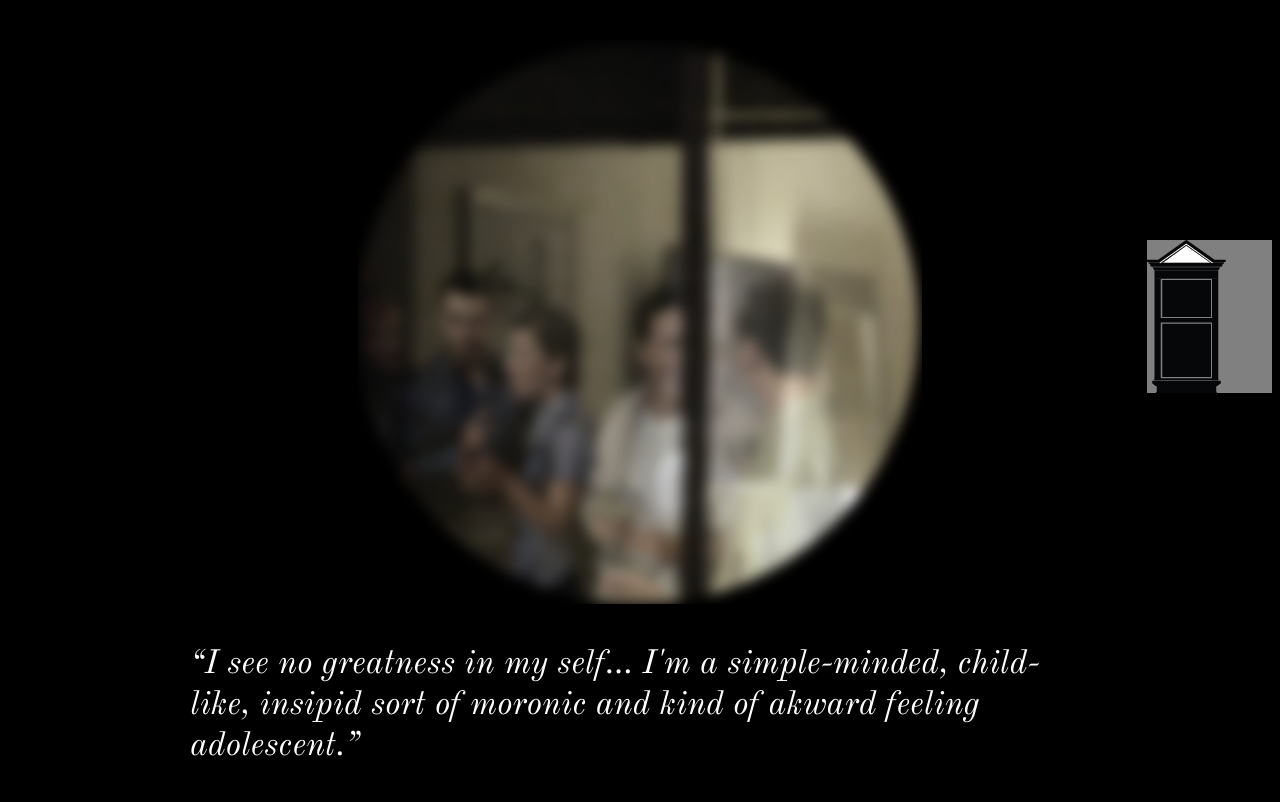
Repository: ConnyPinto/connypinto.github.io
Page: studio/space/final-space/room7.html
The author's editor kept a record of every edit. The page is drawn from the files as they stood at one moment, then again after the next edit.
The browser window is 1280 px wide. The pictures show the whole page.
Some web libraries are served in a nearby version.

Above is the page before.

After the next edit:
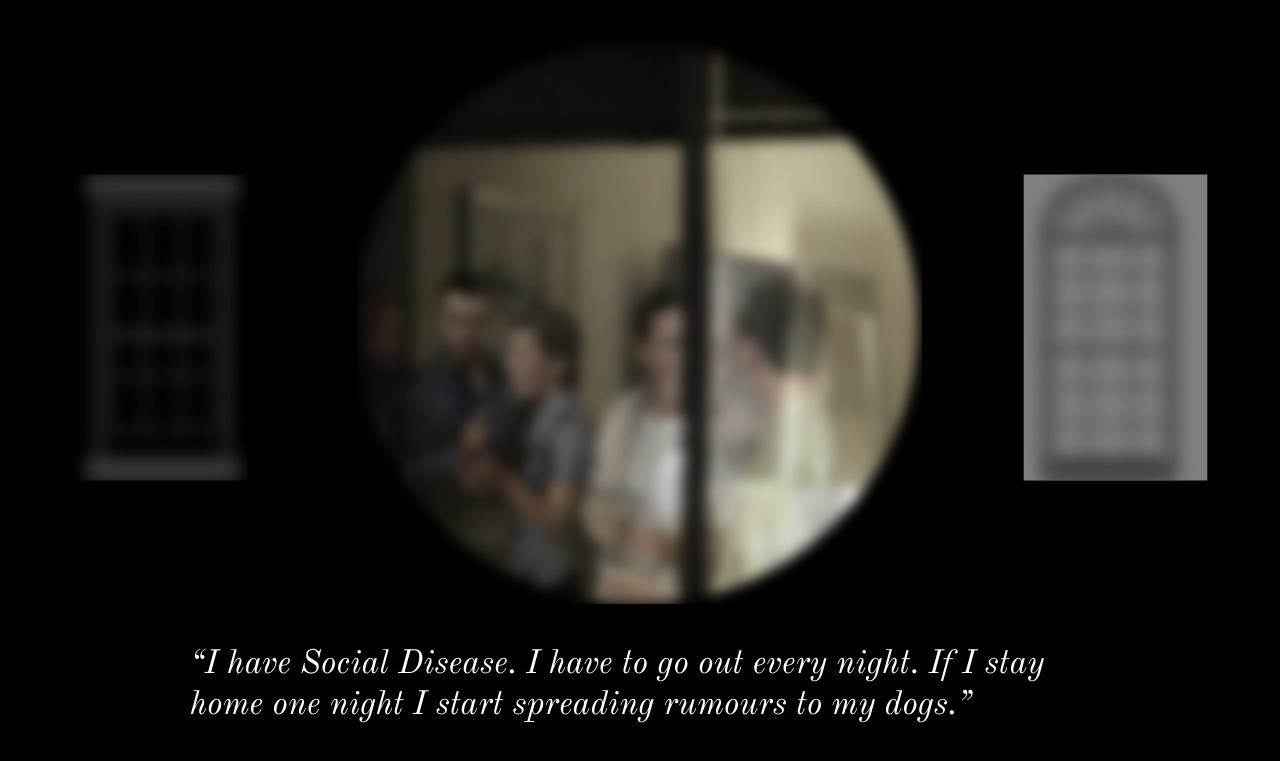
The edit:
--- a/studio/space/final-space/room7.html
+++ b/studio/space/final-space/room7.html
@@ -10,7 +10,28 @@
 
 <body>
 
-        <a href="room2.html" class="right-window" style="background-image: url(images/windows-02.png);"></a>
+        <a href="room8.html" class="right-window"
+        style="background-image: url(images/grey-blur-08.png);
+    background-repeat: no-repeat;
+    transform: scale(1.2);
+    width: 153px;
+    height: 255px;
+    display: block;
+    float:right;
+    margin-right:80px;
+    margin-top:160px;"></a>
+
+
+           <a href="room5.html" class="left-window"
+        style="background-image: url(images/grey-blur-05.png);
+    background-repeat: no-repeat;
+    transform: scale(1.2);
+    width: 153px;
+    height: 255px;
+    display: block;
+    float:left;
+    margin-left:80px;
+    margin-top:160px;"></a>
 
 
     <div class="content">
@@ -21,7 +42,7 @@
 
 
 
-    <div class="quote">&ldquo;I see no greatness in my self... I'm a simple-minded, child-like, insipid sort of moronic and kind of akward feeling adolescent.&rdquo;</div>
+    <div class="quote">&ldquo;I have Social Disease. I have to go out every night. If I stay home one night I start spreading rumours to my dogs.&rdquo;</div>
 
     </div>
 
